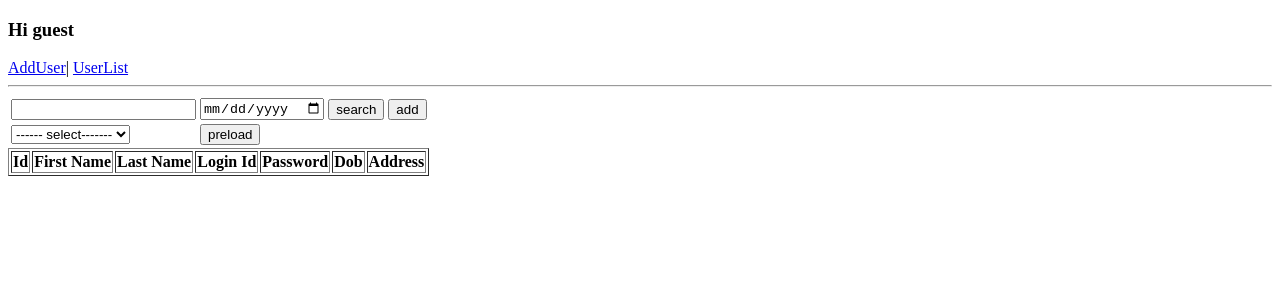
Repository: rish1208/Advance_java
Page: http://localhost/Use-case/UserListCtl
These files come from the project's save history. The page is drawn as it stood at one moment and after the next save; the edit follows.
The browser window is 1280 px wide. The pictures show the whole page.
The page is served by Tomcat 9. Queries for data that is not in the repository find no rows.

Above is the page before, as saved 2024-04-07 17:10:26.

After the next save:
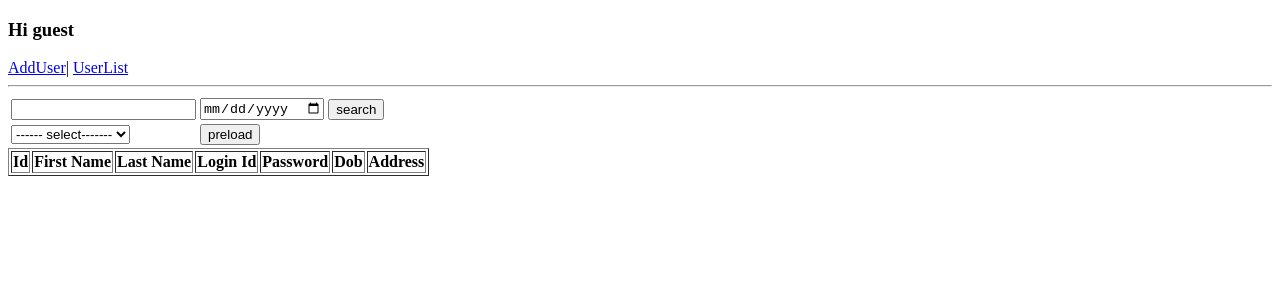
Saved 4 min 4 s later.
--- a/Advance java Workspace/Use-case/WebContent/UserListView.jsp
+++ b/Advance java Workspace/Use-case/WebContent/UserListView.jsp
@@ -25,7 +25,7 @@
 				<td><input type="text" name="firstName"></td>
 				<td><input type="Date" name="dob"></td>
 				<td><input type="submit" name="operation" value="search"></td>
-				<td><input type="submit" name="operation" value="add"></td>
+
 			</tr>
 
 			<td><select name="preload">
